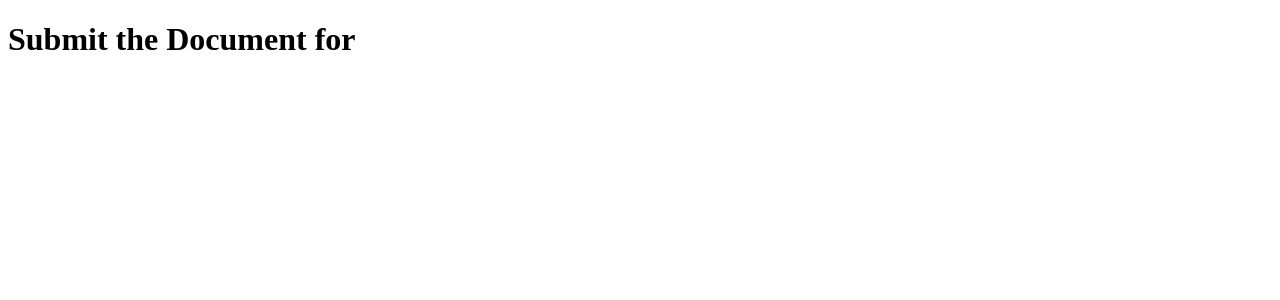
Repository: yaseminvural99/changeForce
Page: index.html
An editor plug-in stored every save of this project. The page is shown before and after a run of saves, followed by the edit.
The browser window is 1280 px wide. The pictures show the whole page.

Above is the page before, as saved 2024-04-26 21:39:55.

After the next 5 saves:
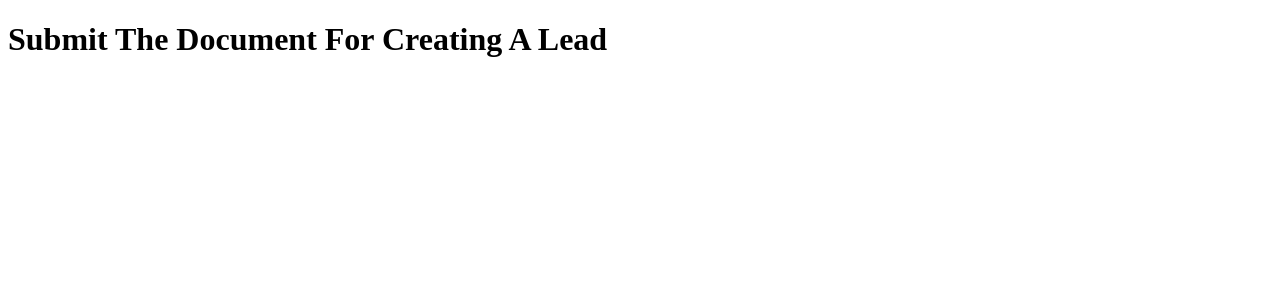
The 5 saves are shown as one change because they came seconds apart.
The last was saved 21 s later.
--- a/index.html
+++ b/index.html
@@ -10,6 +10,6 @@
     </script>
 </head>
 <body>
-    <h1>Submit the Document for </h1>
+    <h1>Submit The Document For Creating A Lead</h1>
 </body>
 </html>
